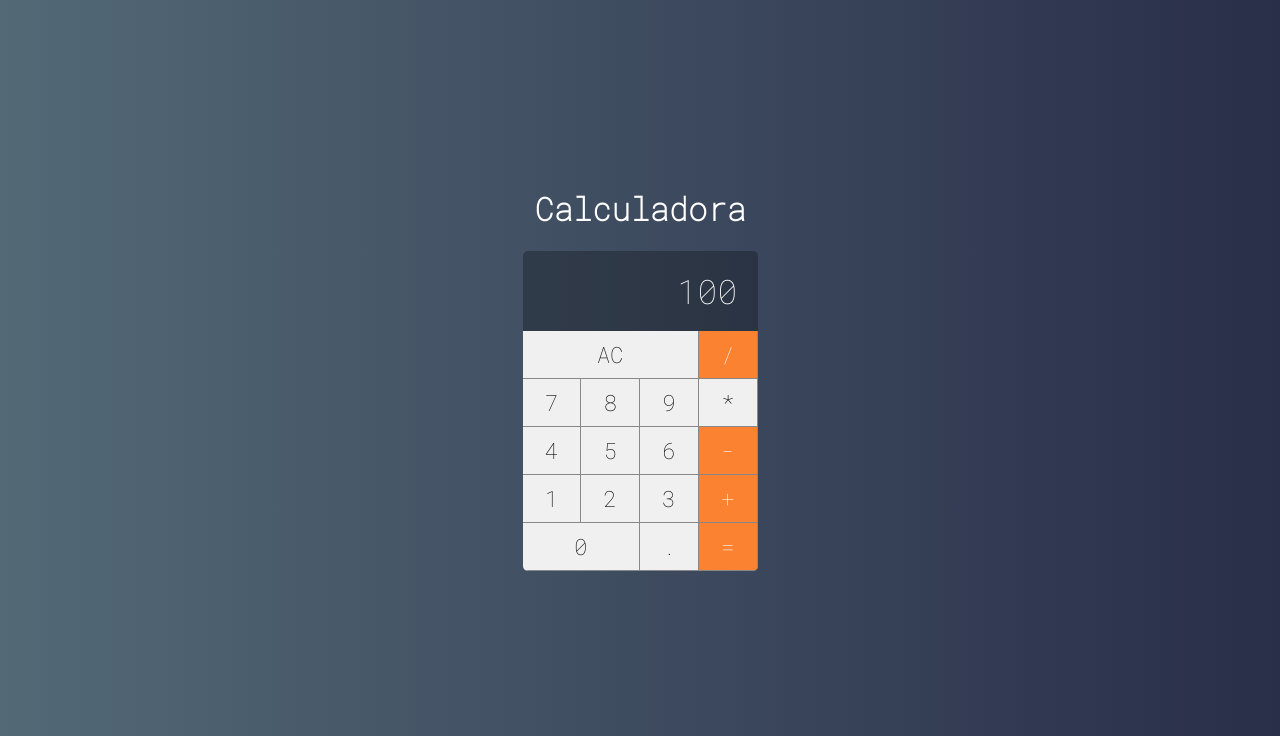
Repository: wellingtondevops/react-Calculator
Page: / (app in calculadora/)
These files come from the project's save history. The page is drawn as it stood at one moment and after the next save; the edit follows.
The browser window is 1280 px wide. The pictures show the whole page.
The project was rebuilt for these pictures with package versions that can differ from the ones it lists, and the page was loaded fresh each time.

Above is the page before, as saved 2020-05-07 15:54:00.

After the next save:
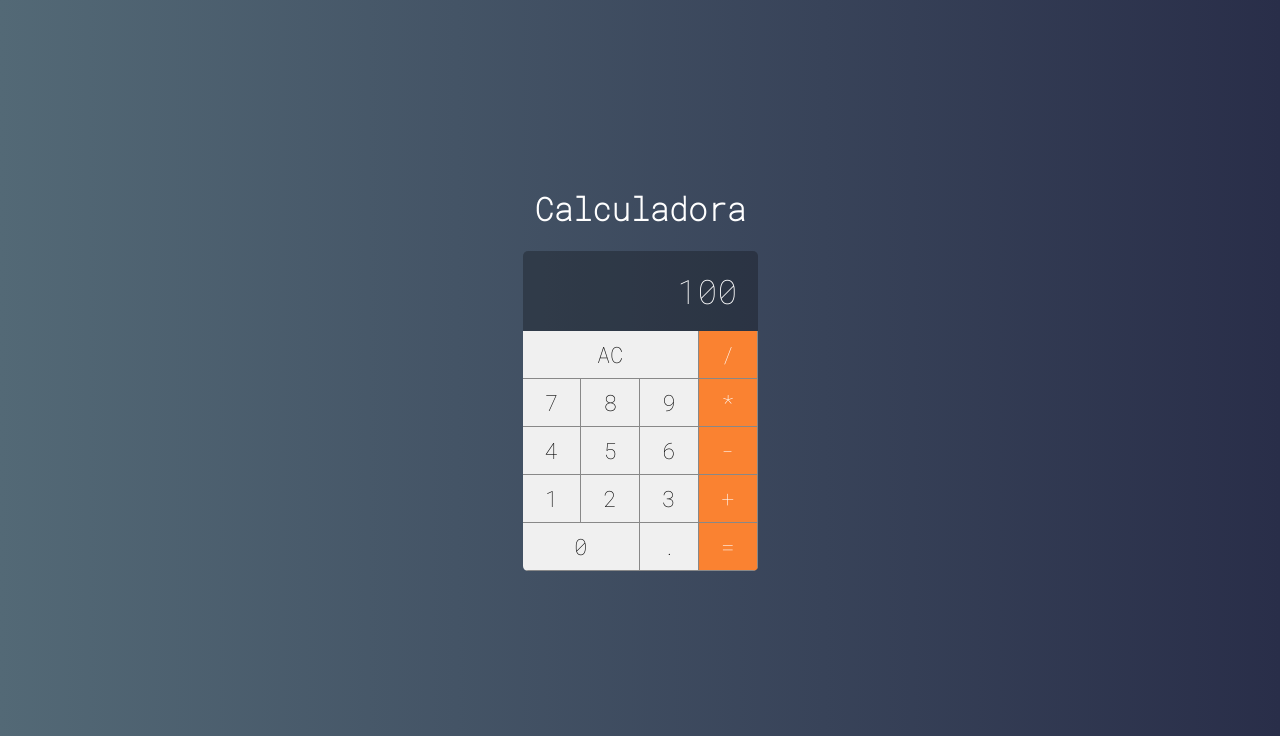
Saved 12 s later.
--- a/calculadora/src/main/Calculator.jsx
+++ b/calculadora/src/main/Calculator.jsx
@@ -33,7 +33,7 @@ export default class Calculator extends Component {
                 <Button label="7" click={this.addDigit} />
                 <Button label="8" click={this.addDigit} />
                 <Button label="9" click={this.addDigit} />
-                <Button label="*" click={this.addDigit} />
+                <Button label="*" click={this.addDigit} operation />
                 <Button label="4" click={this.addDigit} />
                 <Button label="5" click={this.addDigit} />
                 <Button label="6" click={this.addDigit} />
